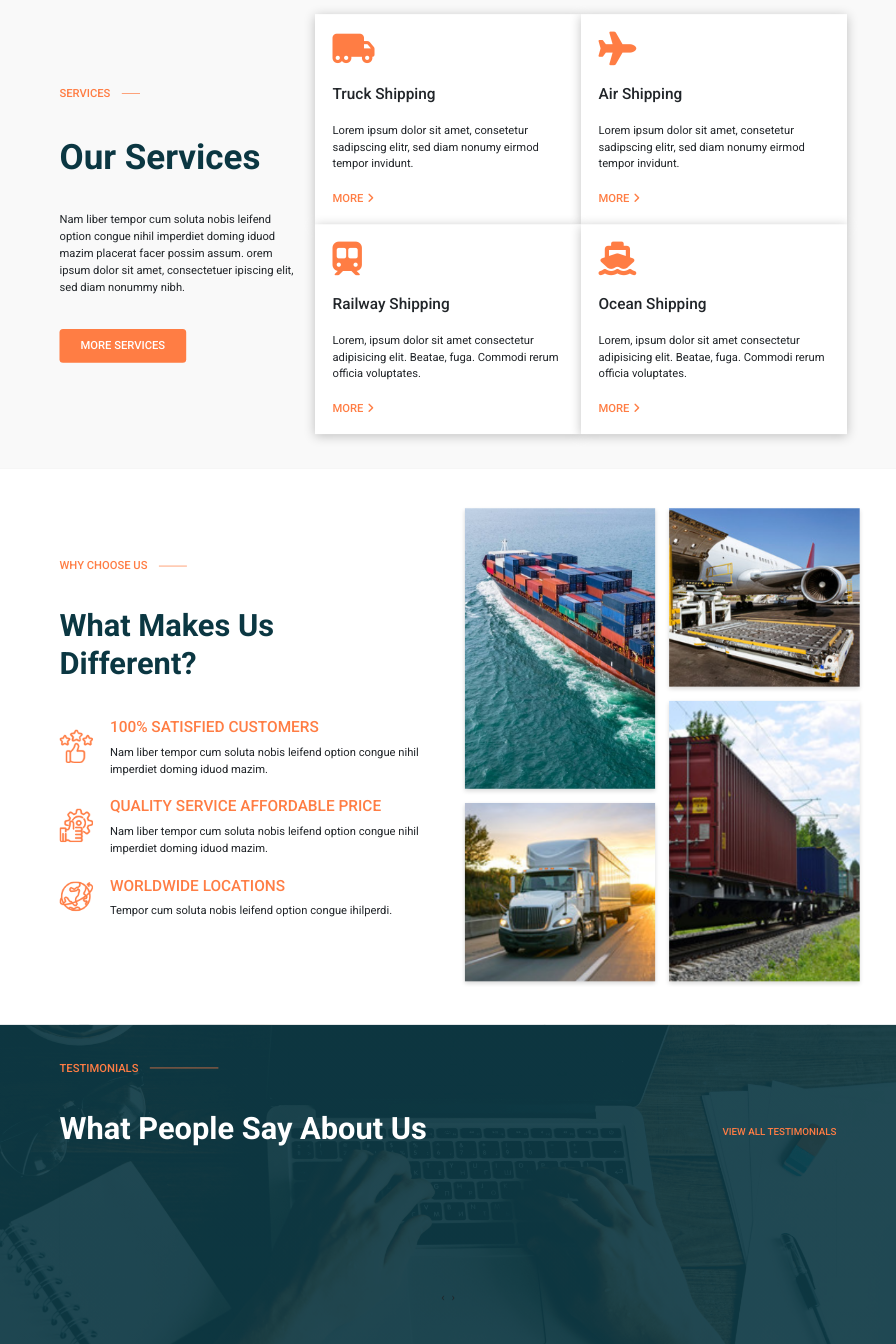
Repository: nazmulalok/shipping-theme
Page: index.html
These files come from the project's save history. The page is drawn as it stood at one moment and after the next save; the edit follows.
The browser window is 1280 px wide. The pictures show the part of the page from y = 1743 to 3663 px (the page is 3663 px tall), at 70% of full size.
Some web libraries are served in a nearby version.

Above is the page before, as saved 2022-10-09 11:06:17.

After the next save:
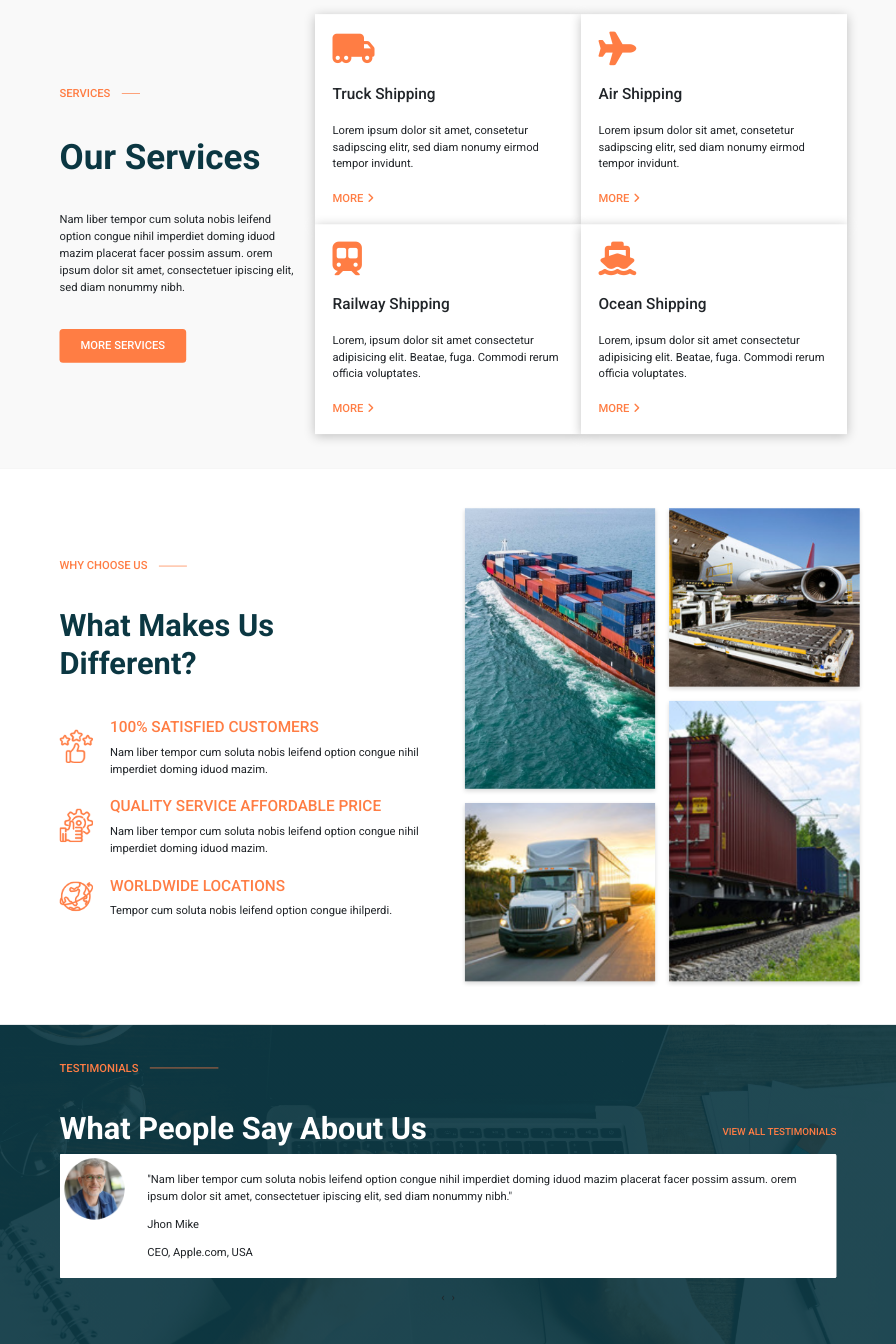
Saved 23 s later.
--- a/index.html
+++ b/index.html
@@ -288,9 +288,6 @@
 
                 <div class="owl-carousel owl-theme">
                     <div class="item">
-
-                    </div>
-                    <div class="item">
                         <div class="common-box d-flex">
                             <div class="img-box">
                                 <img src="images/testimonial-user.png" alt="User">
